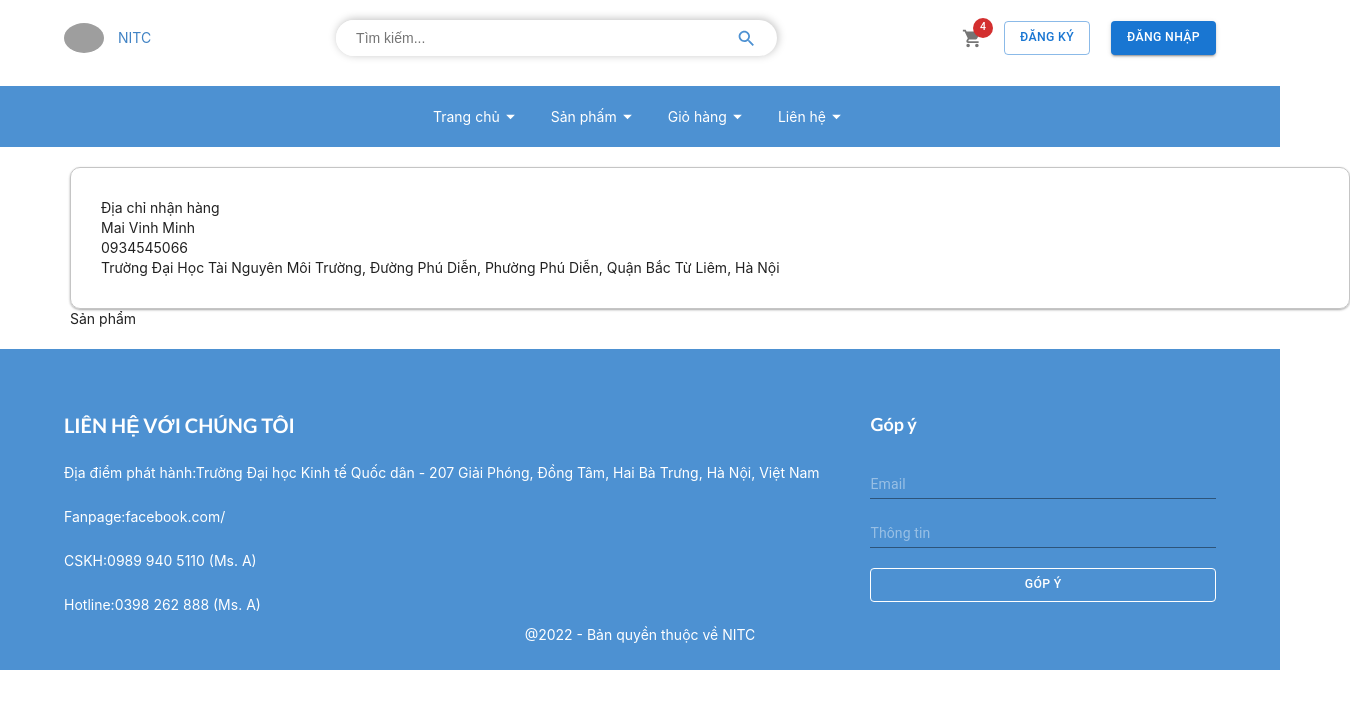
Repository: kohuyso/NEU-Market
Page: /payment (app in client/)
These files come from the project's save history. The page is drawn as it stood at one moment and after the next save; the edit follows.
The browser window is 1280 px wide. The page is 1350 px wide, then 1280 px, so the pictures cover 1350 px, including what lies to the right of the window. The pictures show the whole page.
Pictures or frames that could not be fetched are drawn as grey boxes. The project was rebuilt for these pictures with package versions that can differ from the ones it lists, and the page was loaded fresh each time. Also part of the build but not shown: client/src/components/Cart/Cart.css, client/src/components/Cart/Items.jsx, client/src/components/Cart/Carts.jsx, client/src/components/Cart/Cart.js, client/src/components/Home/Home.css, client/src/components/Item/Item.css, client/src/components/Item/Item.jsx, client/src/components/Home/HotDeals.jsx and 70 more.

Above is the page before, as saved 2023-02-11 17:26:09.

### client/src/index.js
import React from 'react';
import ReactDOM from 'react-dom/client';
import './index.css';
import App from './App';
import reportWebVitals from './reportWebVitals';
import { BrowserRouter } from "react-router-dom";
import store from './redux/store';
import { Provider } from 'react-redux'

const root = ReactDOM.createRoot(document.getElementById('root'));
root.render(
  <Provider store={store}>
    <BrowserRouter>
      <App />
    </BrowserRouter>
  </Provider>

);

reportWebVitals();

### client/src/index.css
* {
  font-family: system-ui, -apple-system, BlinkMacSystemFont, "Segoe UI", Roboto,
    Oxygen, Ubuntu, Cantarell, "Open Sans", "Helvetica Neue", sans-serif;
  box-sizing: border-box;
  margin: 0;
  font-family: -apple-system, BlinkMacSystemFont, "Segoe UI", "Roboto", "Oxygen",
    "Ubuntu", "Cantarell", "Fira Sans", "Droid Sans", "Helvetica Neue",
    sans-serif;
  -webkit-font-smoothing: antialiased;
  -moz-osx-font-smoothing: grayscale;
}

code {
  font-family: source-code-pro, Menlo, Monaco, Consolas, "Courier New",
    monospace;
}

:root {
  --main-color: #4d91d2;
}

a {
  text-decoration: none;
  color: var(--main-color);
}

ul {
  list-style: none;
}

img {
  width: 100%;
  height: 100%;
}

input {
  outline: none;
  border: none;
}

### client/src/App.js
import { Route, Switch } from "react-router-dom";
import "./App.css";
import Cart from "./components/Cart/Cart";
import Home from "./components/Home/Home";
import Login from "./components/Login/Login";
import Signup from "./components/Signup/Signup";
import Profile from "./components/Profile/Profile";
import SignupDetails from "./components/SingupDetails/SignupDetails";
import PrivateRoute from "./PrivateRoute";
import { AuthProvider } from "./contexts/AuthContext";
import EditProduct from "./components/editProduct/EditProduct";
import { Provider } from "react-redux";
import store from "./redux/store";
import Search from "./components/Search/Search";
import SellProduct from "./components/SellProduct/SellProduct";
import Shop from "./components/Shop/Shop";
import Payment from "./components/Payment/Payment";

function App() {
  return (
    <div className="App">
      <AuthProvider>
        <Provider store={store}>
          <Switch>
            <Route path="/login" component={Login} />
            <Route path="/signup" component={Signup} />
            <PrivateRoute exact path="/" component={Home} />
            <Route path="/search" component={Search} />
            <Route path="/product" component={EditProduct} />
            <Route path="/cart" component={Cart} />
            <Route path="/profile" component={Profile} />
            <Route path="/signup-details" component={SignupDetails} />
            <Route path="/sell" component={SellProduct} />
            <Route path="/shop" component={Shop} />
            <Route path="/payment" component={Payment} />
          </Switch>
        </Provider>
      </AuthProvider>
    </div>
  );
}

export default App;

### client/src/redux/store.js
import { configureStore } from "@reduxjs/toolkit";
import sliceReview from "../components/SellProduct/Body/DetalProduct/Review/ReviewComment/reviewCommentSlice";
import counterSlice from "../components/SellProduct/counter/counterSlice";
import cartSlice from "./reducers/cartSlice";
import productSlice from "./reducers/productSlice";
import userSlice from "./reducers/userSlice";

export default configureStore({
  reducer: {
    product: productSlice,
    user: userSlice,
    cart: cartSlice,
    counter: counterSlice,
    selectReview: sliceReview
  },
});

### client/src/contexts/AuthContext.js
import React, { useContext, useState, useEffect } from "react";
import { auth } from "../firebase";

const AuthContext = React.createContext();

export function useAuth() {
  return useContext(AuthContext);
}

export function AuthProvider({ children }) {
  const [currentUser, setCurrentUser] = useState();
  const [loading, setLoading] = useState(true);

  function signup(email, password) {
    return auth.createUserWithEmailAndPassword(email, password);
  }

  function login(email, password) {
    return auth.signInWithEmailAndPassword(email, password);
  }

  function logout() {
    return auth.signOut();
  }

  function resetPassword(email) {
    return auth.sendPasswordResetEmail(email);
  }

  function updateEmail(email) {
    return currentUser.updateEmail(email);
  }

  function reauthenticateWithCredential(user, credential) {
    return currentUser.reauthenticateWithCredential(user, credential);
  }

  function updatePassword(password) {
    return currentUser.updatePassword(password);
  }

  useEffect(() => {
    const unsubscribe = auth.onAuthStateChanged((user) => {
      setCurrentUser(user);
      setLoading(false);
    });

    return unsubscribe;
  }, []);

  const value = {
    currentUser,
    login,
    signup,
    logout,
    resetPassword,
    updateEmail,
    updatePassword,
    reauthenticateWithCredential
  };

  return (
    <AuthContext.Provider value={value}>
      {!loading && children}
    </AuthContext.Provider>
  );
}

### client/src/components/Payment/Payment.jsx
import React from 'react';
import "./Payment.css";
import Header from "../Header/Header";
import Footer from "../Footer/Footer";

export default function Payment() {
  return (
    <div className='payment-container'>
			<Header/>
			<div className='payment-wrapper'>
				<div className="address-item">
					<div className='address-item-title'>
						Địa chỉ nhận hàng
					</div>
					<div className="address-group">
						<div className="name">Mai Vinh Minh</div>
						<div className="phoneNumber">0934545066</div>
					</div>
					<div className="address-detail">Trường Đại Học Tài Nguyên Môi Trường, Đường Phú Diễn, Phường Phú Diễn, Quận Bắc Từ Liêm, Hà Nội</div>
				</div>

				<div className='payment-products'>
					<div className='payment-product-title'>
						Sản phẩm
					</div>
					<div className='payment-product'>
					</div>
					<div className='payment-product'></div>
				</div>
			</div>
			<Footer/>
    </div>
  )
}

### client/src/components/SellProduct/Body/DetalProduct/Review/ReviewComment/reviewCommentSlice.js
import { createSlice } from "@reduxjs/toolkit";

export const sliceReview = createSlice({
  name: "selectReview",
  initialState: {
    value: 0,
  },
  reducers: {
    allReview: (state) => {
      console.log(state);
      state.value = 0;
    },
    point5: (state) => {
      console.log(state);
      state.value = 5;
    },
    point4: (state) => {
      state.value = 4;
    },
    point3: (state) => {
      console.log(state);
      state.value = 3;
    },
    point2: (state) => {
      if (state.value > 1) {
        state.value = 2;
      }
    },
    point1: (state) => {
      console.log(state);
      state.value = 1;
    },
    isImage: (state) => {
      state.value = 6;
    },
  },
});

export const { point1, point2, point3, point4, point5, isImage, allReview } =
  sliceReview.actions;

export const selectReviewa = (state) => state.selectReview.value;

export default sliceReview.reducer;

### client/src/components/SellProduct/counter/counterSlice.js
import { createSlice } from "@reduxjs/toolkit";

export const slice = createSlice({
  name: "counter",
  initialState: {
    value: 1,
  },
  reducers: {
    increment: (state) => {
      console.log(state);
      state.value += 1;
    },
    decrement: (state) => {
      if (state.value > 1) {
        state.value -= 1;
      }
    },
  },
});

export const { increment, decrement } = slice.actions;

export const selectCount = (state) => state.counter.value;

export default slice.reducer;

### client/src/redux/reducers/cartSlice.js
import { createSlice } from "@reduxjs/toolkit";

const initialState = {
  list: [],
  total: 0,
};

export const cartSlice = createSlice({
  name: "cart",
  initialState,
  reducers: {
    addToCart: (state, action) => {
      // Check id
      const item = state.list.find((item, index)=> item.id === action.payload.id);
      if (item) {
        item.quantity += action.payload.quantity;
      }  else {
        state.list.push(action.payload)
      }

    },
    deleteItem: (state, action) => {
      // id
      state.list = state.list.filter(
        (item, index) => item.id !== action.payload.id
      );
    },
    increaseQuantity: (state, action) => {
      // id
      const item = state.list.find((item, index)=> item.id === action.payload.id);
      if (item) {
        item.quantity++;
      }
    },

    decreaseQuantity: (state, action) => {
      const item = state.list.find((item, index)=> item.id === action.payload.id);
      if (item.quantity === 1) {
        item.quantity = 1
      } else {
        item.quantity--;
      }
    },

    toggleItemActive: (state, action) => {
      // 1 item
      const item = state.list.find((item, index)=> item.id === action.payload.id);
      if (item) {
        item.active = !item.active;
      }
    },

    setAllActive: (state, action) => {
      // All item
      const list = state.list.map((item, index)=> ({
        ...item,
        active: true
      }))
      state.list = list;
    },

    setAllNotActive: (state, action) => {
      const list = state.list.map((item, index)=> ({
        ...item,
        active: false
      }))
      state.list = list;
    },

    calcTotal: (state, action) => {
      let total = 0;
      const list = state.list.filter((item, index) => item.active)
      list.forEach(element => {
        total += element.quantity * element.price;
      });

      state.total = total;
    }
  },
});

export const { addToCart, increaseQuantity, decreaseQuantity, deleteItem, toggleItemActive,
  setAllActive, setAllNotActive, calcTotal
} =  cartSlice.actions;

export const selectCart = (state) => state.cart.list;
export const selectTotalCart = (state) => state.cart.total;

export default cartSlice.reducer;

### client/src/redux/reducers/productSlice.js
import { createSlice } from '@reduxjs/toolkit';
import Storage from '../../tools/Storage';

export const productSlice = createSlice({
  name: 'product',
  initialState: {
    product: Storage.getData('product') ?? null
  },
  reducers: {
    addProduct: (state, action) => {
      Storage.setData('product', action.payload);
      state = { ...action.payload };
    },
  }
})

export const { addProduct } = productSlice.actions

export default productSlice.reducer

### client/src/redux/reducers/userSlice.js
import { createSlice } from '@reduxjs/toolkit';
import Storage from '../../tools/Storage';

export const userSlice = createSlice({
  name: 'user',
  initialState: {
    user: Storage.getData('user') ?? null
  },
  reducers: {
    addUser: (state, action) => {
      Storage.setData('user', action.payload);
      state = { ...action.payload };
    },
    removeUser: (state) => {
      Storage.removeData('user');
      state.user = null;
    },
    addAddress: (state, action) => {
      const user = Storage.getData('user');
      user.address.push(action.payload);
      Storage.setData('user', user);
      state = { ...user };
    }
  }
})

export const { addUser, removeUser, addAddress } = userSlice.actions

export default userSlice.reducer

### client/src/components/Header/Header.jsx
import React from "react";
import "./Header.css";
import { Badge, Button } from "@mui/material";
import ShoppingCartIcon from "@mui/icons-material/ShoppingCart";
import SearchIcon from "@mui/icons-material/Search";
import ArrowDropDownIcon from "@mui/icons-material/ArrowDropDown";

const Header = () => {
  return (
    <header className="header">
      <div className="header_top">
        <div className="header_logo">
          <img
            src="https://scontent.fhan2-1.fna.fbcdn.net/v/t39.30808-6/306140258_464597212382159_2245929625838983859_n.jpg?_nc_cat=106&ccb=1-7&_nc_sid=174925&_nc_ohc=RtrkM7sGT10AX88BgKu&_nc_ht=scontent.fhan2-1.fna&oh=00_AfBi6TilxVyrOeCFkT99bnKUr3m843CdPEVPrQ-5nVAswg&oe=637A0E63"
            alt=""
          />
          <a href="/">NITC</a>
        </div>
        <div className="header_search">
          <input type="text" placeholder="Tìm kiếm..." />
          <SearchIcon sx={{ color: "var(--main-color)" }} />
        </div>
        <div className="header_option">
          <Badge badgeContent={4} color="error">
            <ShoppingCartIcon color="action" />
          </Badge>
          <Button variant="outlined">Đăng ký</Button>
          <Button variant="contained">Đăng nhập</Button>
        </div>
      </div>
      <div className="header_bottom">
        <ul className="header_list_option">
          <li className="header_item_option">
            <a href="/">Trang chủ</a>
            <ArrowDropDownIcon />
          </li>
          <li className="header_item_option">
            <a href="/">Sản phấm</a>
            <ArrowDropDownIcon />
          </li>
          <li className="header_item_option">
            <a href="/">Giỏ hàng</a>
            <ArrowDropDownIcon />
          </li>
          <li className="header_item_option">
            <a href="/">Liên hệ</a>
            <ArrowDropDownIcon />
          </li>
        </ul>
      </div>
    </header>
  );
};

export default Header;

### client/src/components/Footer/Footer.jsx
import React from "react";
import "./Footer.css";
import { Button, Input } from "@mui/material";

const Footer = () => {
  return (
    <footer className="footer">
      <div className="footer_top">
        <div className="footer_place">
          <h3>LIÊN HỆ VỚI CHÚNG TÔI</h3>
          <p>
            <span>Địa điểm phát hành:</span>
            Trường Đại học Kinh tế Quốc dân - 207 Giải Phóng, Đồng Tâm, Hai Bà
            Trưng, Hà Nội, Việt Nam
          </p>
          <p>
            <span>Fanpage:</span>
            facebook.com/
          </p>
          <p>
            <span>CSKH:</span>
            0989 940 5110 (Ms. A)
          </p>
          <p>
            <span>Hotline:</span>
            0398 262 888 (Ms. A)
          </p>
        </div>
        <div className="footer_contact">
          <h3>Góp ý</h3>
          <Input placeholder="Email" />
          <Input placeholder="Thông tin" />
          <Button variant="outlined">Góp ý</Button>
        </div>
      </div>
      <div className="footer_bottom">
        <p className="footer_copyright">@2022 - Bản quyền thuộc về NITC</p>
      </div>
    </footer>
  );
};

export default Footer;

### client/src/firebase.js
import firebase from "firebase/compat/app";
import "firebase/compat/auth";

const app = firebase.initializeApp({
    apiKey: "AIzaSyAS7F1rSRnwXT7Ymv-TBV8PNClnqo-98xA",
    authDomain: "auth-neu-market.firebaseapp.com",
    projectId: "auth-neu-market",
    storageBucket: "auth-neu-market.appspot.com",
    messagingSenderId: "766666736547",
    appId: "1:766666736547:web:e31acc11be94a942591016"
})

export default app;
export const auth = app.auth()

### client/src/components/Payment/Payment.css
.payment-container {
    width: 100%;
    display: flex;
    flex-direction: column;
}
.payment-container .payment-wrapper {
    width: 100%;
    display: flex;
    flex-direction: column;
    margin: 20px 70px;
}
.payment-container .payment-wrapper .address-item {
    width: 100%;
    display: flex;
    flex-direction: column;
    padding: 30px;
    border: 1px solid #c5c5c5;
    box-shadow: 0 1px 3px rgba(0,0,0,0.12), 0 1px 2px rgba(0,0,0,0.24);
    border-radius: 10px;
}

### client/src/tools/Storage.js
const getData = (key) => {
	try {
		const item = localStorage.getItem(key);
		return item ? JSON.parse(item) : null;
	} catch (error) {
		return null;
	}
};

const setData = (key, value) => {
	try {
		if (value) {
			localStorage.setItem(key, JSON.stringify(value));
			return true;
		}
		return false;
	} catch (error) {
		return false;
	}
};

const removeData = (key) => {
	try {
		localStorage.removeItem(key);
		return true;
	} catch (error) {
		return false;
	}
};

const Storage = {
	getData,
	setData,
	removeData,
};

export default Storage;

### client/src/components/Header/Header.css
.header {
  /* position: fixed; */
  width: 100%;
  display: flex;
  flex-direction: column;
  gap: 30px;

  background-color: #fff;
}

.header_top {
  width: 100%;
  display: flex;
  padding: 20px 5% 0 5%;
  align-items: center;
  justify-content: space-between;
}

.header_logo {
  display: flex;
  align-items: center;
  gap: 1rem;
}

.header_logo span {
  font-size: 30px;
  font-weight: bold;
}

.header_logo img {
  width: 40px;
  border-radius: 50%;
}

.header_search {
  padding-right: 20px;
  display: flex;
  align-items: center;
  justify-content: space-between;
  border-radius: 40px;
  background-color: white;
  overflow: hidden;
  box-shadow: 1px -1px 9px rgba(0, 0, 0, 0.25);
}

.header_search input {
  padding: 10px 20px;
  width: 400px;
}

.header_option {
  display: flex;
  align-items: center;
  gap: 1.5rem;
}

.header_bottom {
  display: flex;
  align-items: center;
  justify-content: center;
  background-color: var(--main-color);
}

.header_list_option {
  padding: 20px 5%;
  display: flex;
  align-items: center;
  gap: 30px;
}

.header_list_option a,
.header_item_option {
  color: white;
}

.header_item_option {
  display: flex;
  align-items: center;
}

### client/src/components/Footer/Footer.css
.footer {
  padding: 5% 5% 2% 5%;
  background-color: var(--main-color);
  display: flex;
  flex-direction: column;
  color: white;
  gap: 10px;
  width: 100%;
}

.footer_top {
  display: flex;
  gap: 20px;
  justify-content: space-between;
}

.footer_place {
  display: flex;
  flex-direction: column;
  gap: 10px;
}

.footer_place h3 {
  font-size: 20px;
}

.footer_contact {
  width: 30%;
  display: flex;
  flex-direction: column;
  gap: 20px;
}

.footer_contact input {
  color: white;
}

.footer_contact button {
  border-color: white;
  color: white;
}

.footer_copyright {
  text-align: center;
}

Loaded but not shown: client/public/index.html (common file); client/src/reportWebVitals.js (common file); client/src/App.css (common file); client/src/components/Shop/ShopBody/ShopBody.css (no stored copy; drawn as an empty file)

After the next save:
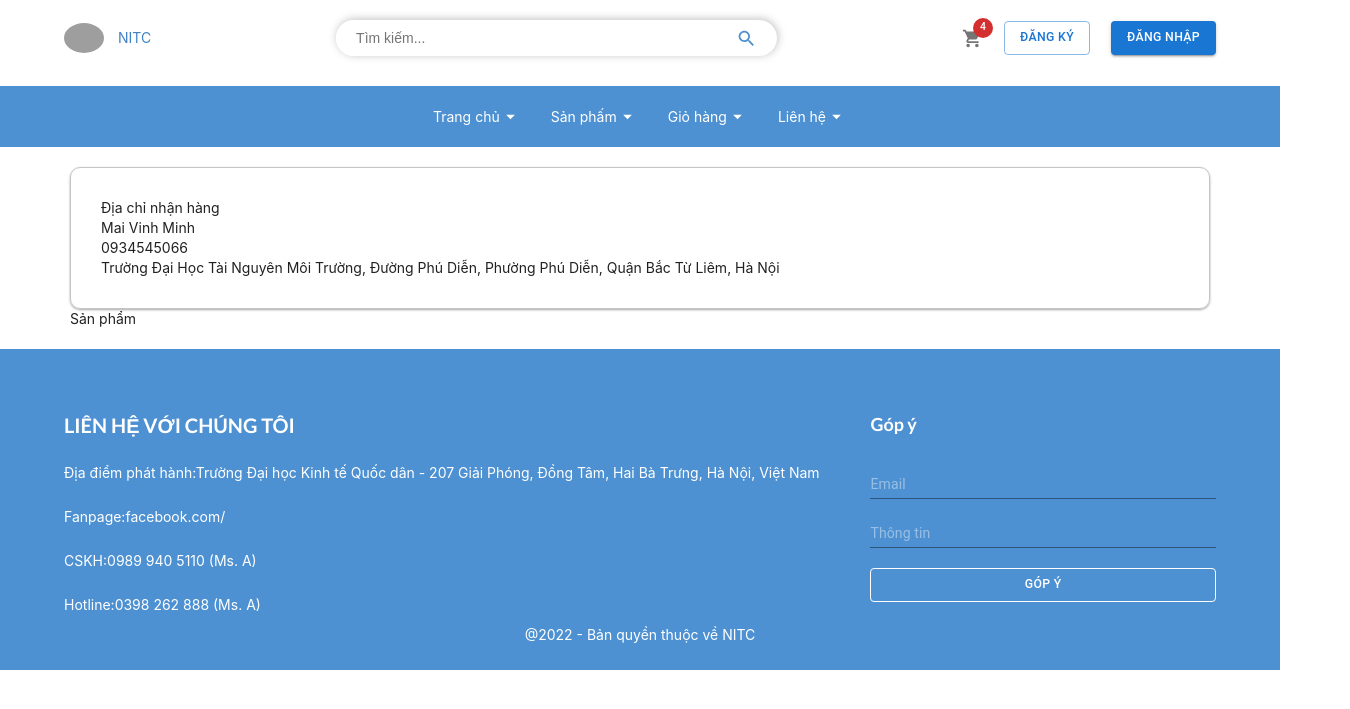
Saved 109 s later.
--- a/client/src/components/Payment/Payment.css
+++ b/client/src/components/Payment/Payment.css
@@ -4,7 +4,7 @@
     flex-direction: column;
 }
 .payment-container .payment-wrapper {
-    width: 100%;
+    /* width: 100%; */
     display: flex;
     flex-direction: column;
     margin: 20px 70px;
